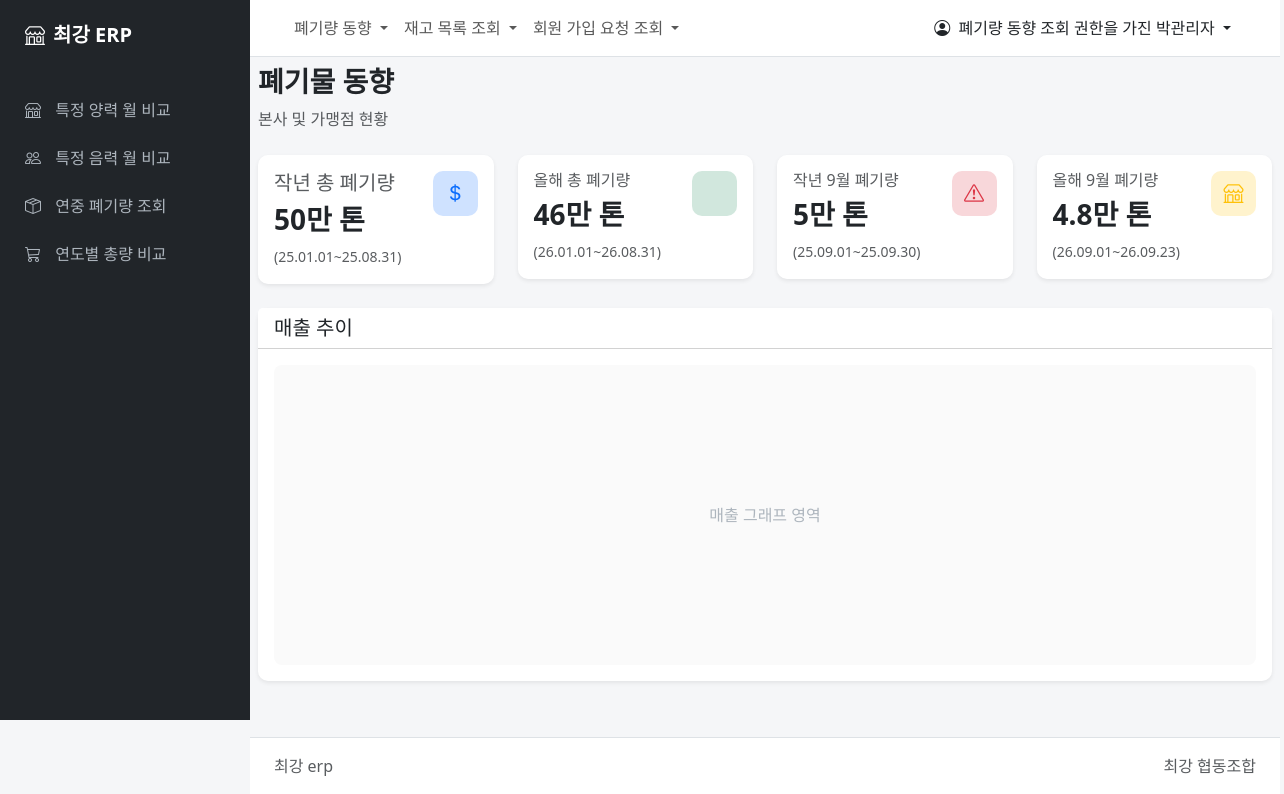
Repository: nojong99/kosta
Page: 32_MVCModel2/src/main/webapp/wasteTrends.html
These files come from the project's save history. The page is drawn as it stood at one moment and after the next save; the edit follows.
The browser window is 1280 px wide. The page is 1284 px wide, so the pictures cover 1284 px, including what lies to the right of the window. The pictures show the whole page.

Above is the page before, as saved 2026-09-23 03:27:49.

After the next save:
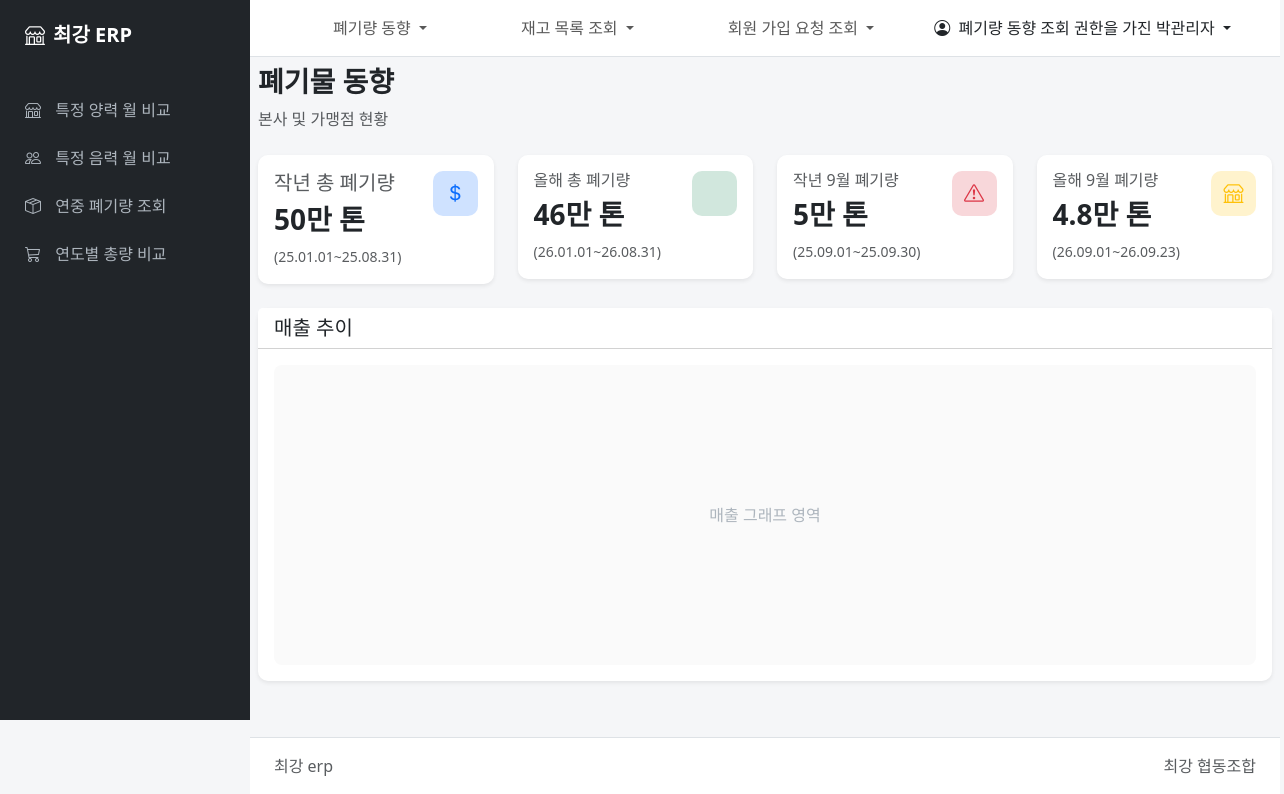
Saved 45 min 32 s later.
--- a/32_MVCModel2/src/main/webapp/wasteTrends.html
+++ b/32_MVCModel2/src/main/webapp/wasteTrends.html
@@ -69,9 +69,9 @@
 		<nav class="navbar navbar-expand-lg bg-white border-bottom px-4">
 
 			<div class="container-fluid">
-				<ul class="navbar-nav me-auto mb-2 mb-lg-0">
-
-					<li class="nav-item dropdown"><a
+				<ul class="navbar-nav flex-grow-1 me-auto mb-2 mb-lg-0">
+
+					<li class="nav-item dropdown flex-fill text-center"><a
 						class="nav-link dropdown-toggle" href="#" role="button"
 						data-bs-toggle="dropdown"> 폐기량 동향 </a>
 
@@ -81,7 +81,7 @@
 
 						</ul></li>
 
-					<li class="nav-item dropdown"><a
+					<li class="nav-item dropdown flex-fill text-center"><a
 						class="nav-link dropdown-toggle" href="#" role="button"
 						data-bs-toggle="dropdown"> 재고 목록 조회 </a>
 						<ul class="dropdown-menu">
@@ -89,7 +89,7 @@
 							<li><a class="dropdown-item" href="#"> </a></li>
 
 						</ul></li>
-					<li class="nav-item dropdown"><a
+					<li class="nav-item dropdown flex-fill text-center"><a
 						class="nav-link dropdown-toggle" href="#" role="button"
 						data-bs-toggle="dropdown"> 회원 가입 요청 조회 </a>
 
